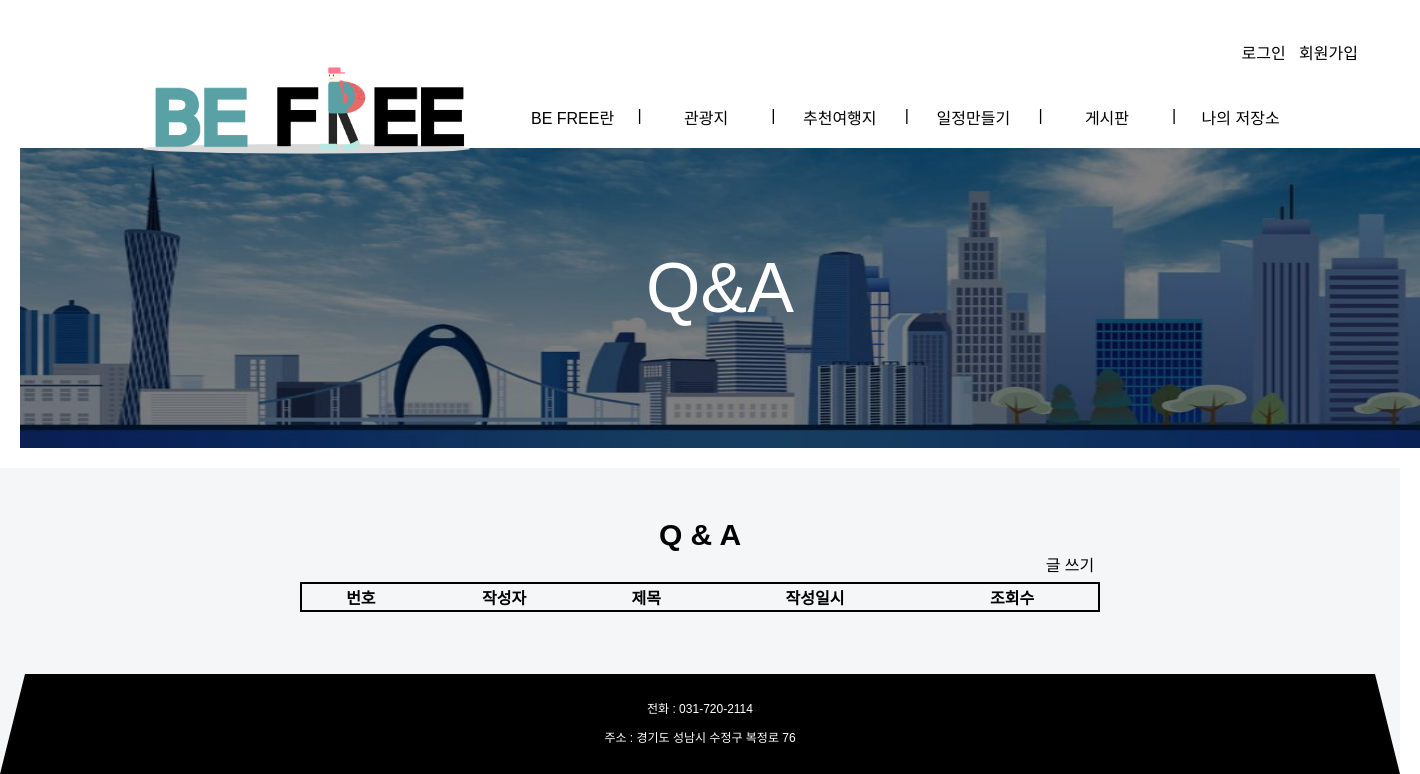
Repository: 1912087/Klavier_Piano
Page: http://localhost/notice/Q&A.jsp
An editor plug-in stored every save of this project. The page is shown before and after the next save, followed by the edit.
The browser window is 1280 px wide. The page is 1420 px wide, so the pictures cover 1420 px, including what lies to the right of the window. The pictures show the whole page.
Backgrounds fixed to the window are drawn as part of the page. Some web fonts or font styles are not loaded; a fallback is used. The page is served by Tomcat 9. Queries for data that is not in the repository find no rows.

Above is the page before, as saved 2021-11-10 15:53:04.

After the next save:
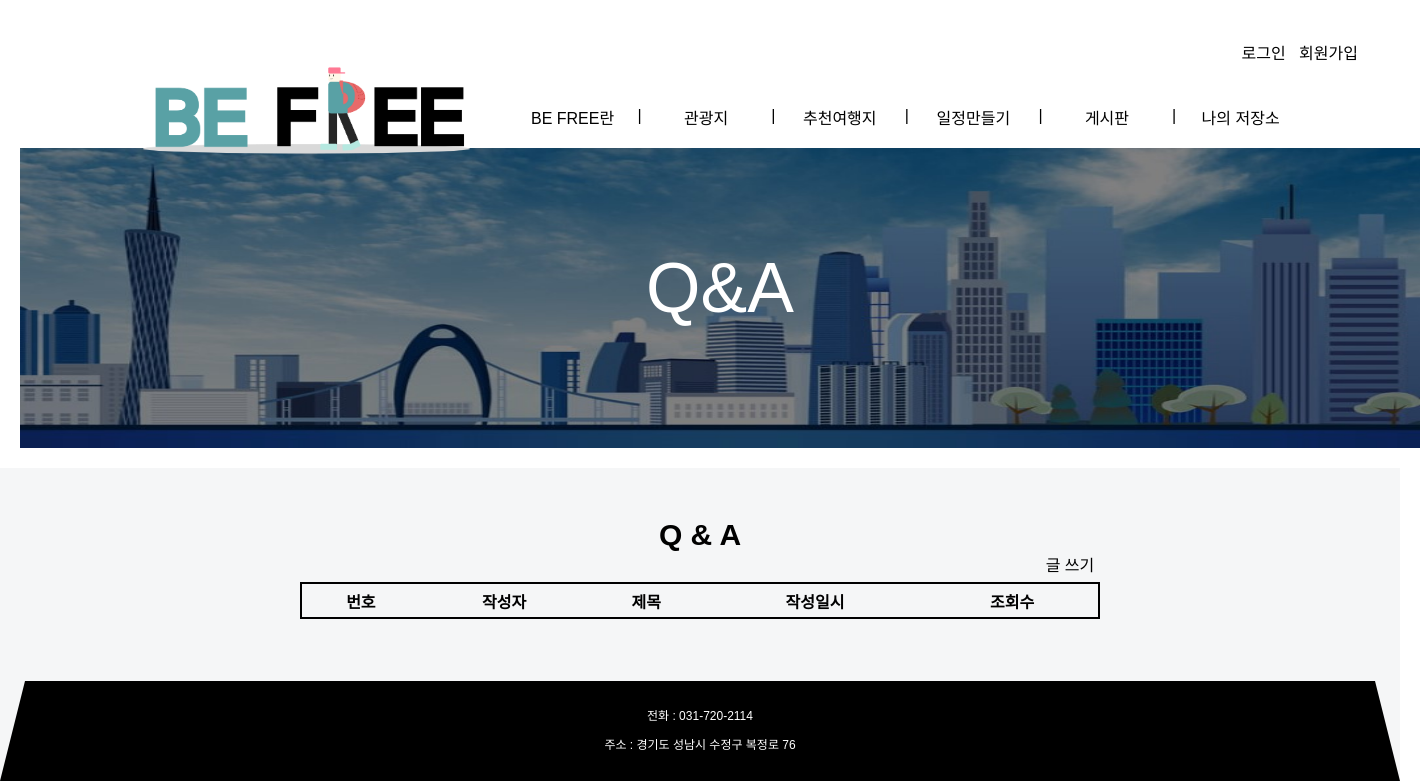
Saved 7 s later.
--- a/Notice/notice/WebContent/css/qa_design.css
+++ b/Notice/notice/WebContent/css/qa_design.css
@@ -323,7 +323,7 @@
                 text-align: center;
 
             }
-            tr{ height: 15px;}
+            tr{ height: 35px;}
             tr td{
                 height:15px;
                 border-bottom:1px solid black;
